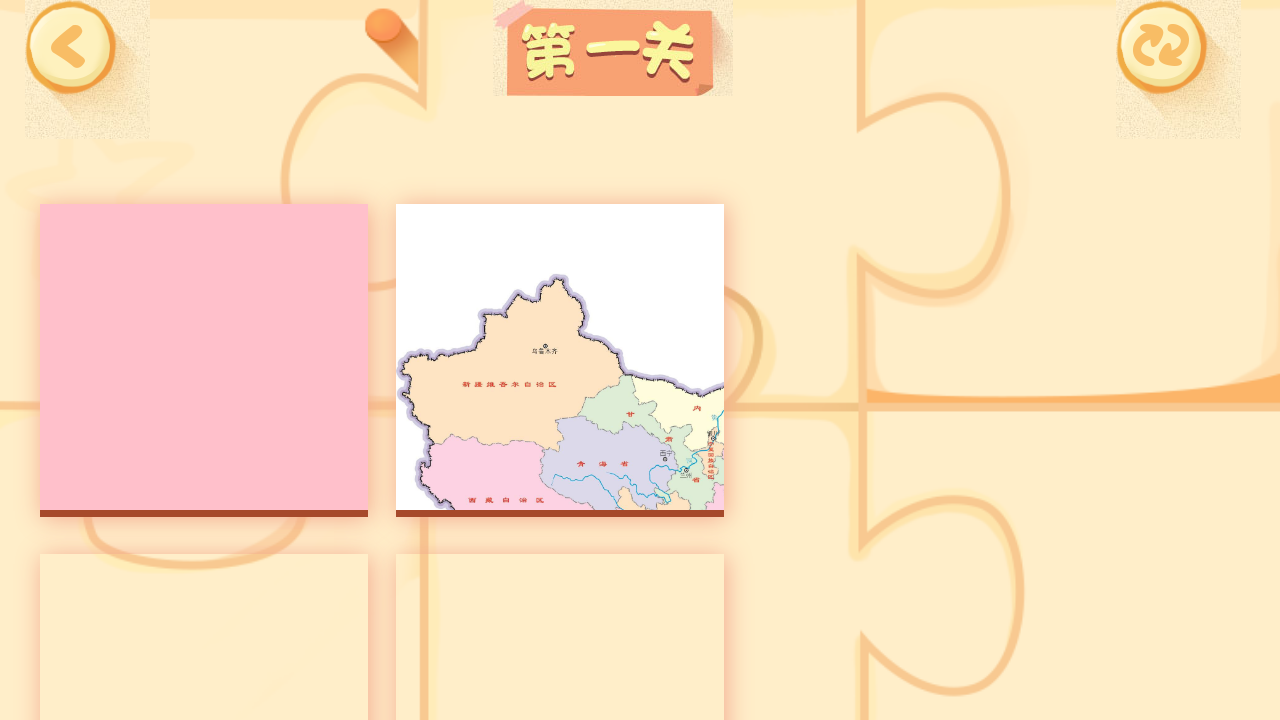
Repository: RedrockTeam/China-map-puzzle
Page: /#/choose/first
The author's editor kept a copy of each file at every save. The page is drawn from the files as they stood at one save, then again after the next save.
The browser window is 1280 px wide. The pictures show the whole page.
Some web fonts or font styles are not loaded; a fallback is used. The project was rebuilt for these pictures with package versions that can differ from the ones it lists, and the page was loaded fresh each time. Also part of the build but not shown: vue.config.js, src/network/request.js, src/views/home.vue, src/views/choose.vue, src/views/pass.vue, src/components/dialog.vue. Imported but missing from the stored project, and not drawn on this page: src/views/rankList1, src/views/rankList2, src/views/rankList3, src/views/rankList4.

Above is the page before, as saved 2019-09-24 19:30:48.

### public/index.html
<!DOCTYPE html>
<html lang="en">

<head>
  <meta charset="utf-8">
  <meta http-equiv="X-UA-Compatible" content="IE=edge">
  <meta name="viewport" content="width=device-width,initial-scale=1.0">
  <link rel="icon" href="<%= BASE_URL %>favicon.ico">
  <title>puzzle-game</title>
</head>

<body>
  <noscript>
    <strong>We're sorry but my doesn't work properly without JavaScript enabled. Please enable it to continue.</strong>
  </noscript>
  <div id="app"></div>
  <!-- built files will be auto injected -->


 </body>
</html>

### src/main.js
import Vue from 'vue'
import App from './App.vue'
import router from './router'
import store from './store'
// import ApiService from './common/service/api'

import './assets/styles/common.css'
import './assets/font/font.css'

// Vue.config.productionTip = false

// ApiService.init()

new Vue({
  router,
  store,
  render: h => h(App)
}).$mount('#app')

### src/App.vue
<template>
  <div>
    <router-view></router-view>
  </div>
</template>

<script>
export default {
  name: 'App',
  data() {
    return {};
  }
};
</script>
<style>
</style>

### src/router/index.js
import Vue from 'vue'
import Router from 'vue-router'
import Home from '../views/home.vue'
import Choose from '../views/choose.vue'
import Result from '../views/result.vue'
import Pass from '../views/pass.vue'
import Button from '../components/dialog.vue'
import First from '../views/first.vue'


Vue.use(Router)

export default new Router({
  routes: [{
    path: '/',
    redirect: '/home'
  },
  {
    path: '/home',
    name: 'home',
    component: Home,
  },
  {
    path: '/pass',
    name: 'pass',
    component: Pass,
  },
  {
    path: '/result',
    name: 'result',
    component: Result,
  },
  {
    path: '/button',
    name: 'button',
    component: Button,
  },
  {
    path: '/choose',
    name: 'choose',
    component: First,
    children: [{
      path: 'first',
      name: 'first',
      component: () => import('../views/first.vue'),
      children: [{
        path: 'rank',
        name: 'rankList1',
        component: () => import('../views/rankList1')
      }

      ]
    },
    {
      path: 'second',
      name: 'second',
      component: () => import('../views/second.vue'),
      children: [{
        path: 'rank',
        name: 'rankList2',
        component: () => import('../views/rankList2')
      }

      ]
    },
    {
      path: 'third',
      name: 'third',
      component: () => import('../views/third.vue'),
      children: [{
        path: 'rank',
        name: 'rankList3',
        component: () => import('../views/rankList3')
      }

      ]
    },
    {
      path: 'forth',
      name: 'forth',
      component: () => import('../views/forth.vue'),
      children: [{
        path: 'rank',
        name: 'rankList4',
        component: () => import('../views/rankList4')
      }

      ]
    }
    ]

  }
  ]


})

### src/store/index.js
import Vue from 'vue'
import Vuex from 'vuex'
import {
  isContext
} from 'vm';

Vue.use(Vuex)

export default new Vuex.Store({
  state: {
    time: {
      minute: 0,
      second: 0,
      millisecond: 0,
      timecount: '00:00:00',
    },
  },
  mutations: {
    //开始
    start() {
      var that = this;
      //停止（暂停）
      clearInterval(time);
      //时间重置
      that.setData({
        minute: 0,
        second: 0,
        millisecond: 0,
      })
      time = setInterval(function () {
        that.timer()
      }, 50);
      time = () => {
        that.timer()
      }
    },
    //停止
    stop() {
      var that = this
      clearInterval(intt);
      that.setData({
        minute: 0,
        second: 0,
        millisecond: 0,
        timecount: '00:00:00',
      })
    },
    timer() {
      var that = this;
      console.log(that.data.millisecond)
      that.setData({
        millisecond: that.data.millisecond + 5
      })
      if (that.data.millisecond >= 100) {
        that.setData({
          millisecond: 0,
          second: that.data.second + 1
        })
      }
      if (that.data.second >= 60) {
        that.setData({
          second: 0,
          minute: that.data.minute + 1
        })
      }
      that.setData({
        timecount: that.data.minute + ":" + that.data.second + ":" + that.data.millisecond
      })
    },
  },
  actions: {
    // time = setInterval(function () {
    //   context.commit('time')
    // }, 50)
  }
})

### src/assets/styles/common.css
/* global */
* {
    margin: 0;
    padding: 0;
}

html {
    overflow-y: scroll;
    overflow-x: hidden;

}

html,
body {
    width: 100%;
}

a {
    text-decoration: none;
    text-align: center;
    cursor: pointer;
    color: black;
    outline: none;
}

a:hover {
    text-decoration: underline;
}

ul,
ol {
    list-style: none;
}

.clear {
    clear: both;
}

### src/assets/font/font.css
@font-face {
    font-family: "Tanuki";
    font-weight: normal;
    font-style: normal;
    src: url('./Tanuki.ttf') format('truetype');
}

@font-face {
    font-family: "Cotton";
    font-weight: normal;
    font-style: normal;
    src: url('./cotton.ttf') format('truetype');
}

### src/views/result.vue
<template>
  <div class="bg">
    <div class="head">
      <div class="back"></div>
      <div class="title"></div>
      <div class="front"></div>
    </div>

    <div class="contain">
      <div class="score">
        <div>
          <p>
            <span class="clock"></span>
            <span class="word">我的时间：</span>
          </p>
          <p>
            <i class="grade"></i>
            <span class="word">我的成绩：</span>
          </p>
        </div>
      </div>
      <div class="list">
        <p class="list_item first">
          <span class="icon"></span>
          <span class="nickname">这是我的昵称</span>
          <span class="time">10s</span>
        </p>
        <p class="list_item second">
          <span class="icon"></span>
          <span class="nickname">这是我的昵称</span>
          <span class="time">10s</span>
        </p>
        <p class="list_item third">
          <span class="icon"></span>
          <span class="nickname">这是我的昵称</span>
          <span class="time">10s</span>
        </p>
        <p class="list_item">
          <span class="normal">4</span>
          <span class="nickname">这是我的昵称</span>
          <span class="time">10s</span>
        </p>
        <p class="list_item">
          <span class="normal">4</span>
          <span class="nickname">这是我的昵称</span>
          <span class="time">10s</span>
        </p>
      </div>
    </div>
    <div class="line"></div>
  </div>
</template>

<style>
.bg {
  position: absolute;
  top: 0;
  left: 0;
  height: 100%;
  width: 100%;
  background: url("../assets/img/pass/background.png");
  background-size: cover;
}
.head {
  display: flex;
  margin-top: 60px;
  margin-left: 50px;
}

.back {
  background: url("../assets/img/ranking/back.png");
  width: 93px;
  height: 97px;
  background-size: cover;
  margin-right: 120px;
}
.title {
  background: url("../assets/img/ranking/ranking_title.png") no-repeat;
  width: 260px;
  height: 200px;
  background-size: 100%;
  margin-left: -40px;
}
.front {
  background: url("../assets/img/ranking/front.png");
  width: 93px;
  height: 97px;
  background-size: cover;
  margin-left: 80px;
}

.contain {
  width: 650px;
  height: 850px;
  background: #ffae72;
  margin: -15px auto 0;
}

.score {
  width: 617px;
  height: 206px;
  background: url("../assets/img/ranking/result.png");
  background-size: cover;
  padding-top: 40px;
}
.score div {
  margin-top: 20px;
  margin-left: 20px;
}

.word {
  letter-spacing: 5px;
}

.score p {
  color: #ffae72;
  font-weight: bold;
  font-size: 35px;
  padding-top: 20px;
  margin: 0 auto;
  width: 250px;
  margin-left: 50px;
  margin-top: 10px;
}

.clock,
.grade {
  width: 29px;
  height: 29px;
  display: inline-block;
  margin-right: 10px;
}
.clock {
  background: url("../assets/img/ranking/clock.png") no-repeat;
  background-size: cover;
}
.grade {
  background: url("../assets/img/ranking/list.png") no-repeat;
  background-size: cover;
}
.list {
  height: 520px;
  overflow: auto;
  margin-top: 20px;
}
::-webkit-scrollbar {
  display: none;
}
.list_item {
  background: url("../assets/img/ranking/box.png");
  width: 580px;
  height: 125px;
  background-size: cover;
  margin-left: 50px;
  display: flex;
}
.icon {
  display: inline-block;
  width: 81px;
  height: 82px;
  margin: 15px 35px;
}
.first .icon {
  background: url("../assets/img/ranking/first.png");
  background-size: cover;
}
.second .icon {
  background: url("../assets/img/ranking/second.png");
  background-size: cover;
}
.third .icon {
  background: url("../assets/img/ranking/third.png");
  background-size: cover;
}
.nickname {
  color: #ffae72;
  font-size: 35px;
  font-weight: bold;
  display: inline-block;
  margin-top: 30px;
  font-family: Tanuki;
}
.time,
.normal {
  margin-left: auto;
  margin-right: 80px;
  font-weight: bold;
  display: inline-block;
  margin-top: 20px;
  color: #ff7b5c;
  font-size: 50px;
}

.line {
  width: 570px;
  height: 36px;
  background: url("../assets/img/ranking/line.png");
  background-size: cover;
  margin-left: 100px;
  margin-top: -50px;
}
</style>

<script>
export default {};
</script>

### src/views/first.vue
<template>
  <div class="game">
    <div class="header">
      <div class="back_shadow">
        <div class="back" @click="toHome"></div>
      </div>
      <div class="title">
        <img src="../assets/img/game/one.png" />
      </div>
      <div class="refresh_shadow">
        <div class="refresh"></div>
      </div>
    </div>
    <div class="main">
      <div class="first"></div>
      <div class="piece second"></div>
      <div class="piece third"></div>
      <div class="piece four"></div>
    </div>
    <div class="showpic_shadow">
      <div class="showpic" @click="showPic">长按可看3s原图</div>
    </div>
  </div>
</template>

<script>
// 因为图还没出来，先把first的内容写在这
export default {};
</script>
<style lang="scss" scoped>
.game {
  position: absolute;
  top: 0;
  left: 0;
  height: 100%;
  width: 100%;
  background: url("../assets/img/pass/background.png");
  background-size: cover;
  overflow: hidden;
  .header {
    width: 95%;
    height: 140px;
    margin: 0 auto 24px 25px;
    display: inline-flex;
    justify-content: space-between;
    .back_shadow {
      width: 125px;
      height: 139px;
      background-image: url("../assets/img/common/btn_sbg.jpg");
      background-repeat: no-repeat;
      background-position: 0% 0%;
      background-size: contain;
      .back {
        width: 92px;
        height: 95px;
        background-image: url("../assets/img/common/back.png");
        background-repeat: no-repeat;
        background-position: 0% 0%;
        background-size: contain;
      }
    }
    .title {
      width: 240px;
      height: 96px;
      background-image: url("../assets/img/game/title_bg.jpg");
      background-repeat: no-repeat;
      background-position: 0% 0%;
      background-size: contain;

      display: flex;
      justify-content: center;
      align-items: center;
      img {
        width: 54px;
        height: 17px;
      }
    }
    .refresh_shadow {
      width: 125px;
      height: 139px;
      background-image: url("../assets/img/common/btn_sbg.jpg");
      background-repeat: no-repeat;
      background-position: 0% 0%;
      background-size: contain;
      .refresh {
        width: 92px;
        height: 95px;
        background-image: url("../assets/img/common/refresh.png");
        background-repeat: no-repeat;
        background-position: 0% 0%;
        background-size: contain;
      }
    }
  }
  .main {
    width: 750px;
    height: 700px;

    padding: 26px;
    display: flex;
    flex-wrap: wrap;
    .piece {
      width: 328px;
      height: 306px;
      box-shadow: 2px 2px 24px #f3a98f;
      margin: 14px 14px 0 14px;
      border-bottom: 7px solid #a6492b;
    }
    .first {
      // background: url("../assets/img/button/map.jpg");
      width: 328px;
      height: 306px;
      box-shadow: 2px 2px 24px #f3a98f;
      margin: 14px 14px 0 14px;
      border-bottom: 7px solid #a6492b;
      background: pink;
      background-size: 100%;
      background-position: -200px;
    }

    .second {
      background-position-x: 328px;
      background: url("../assets/img/button/map.jpg");
      background-size: 200%;
    }
    .chosen {
      border-bottom: 7px solid #da8f43;
    }
  }
  .showpic_shadow {
    width: 560px;
    height: 173px;
    margin: 60px auto auto 154px;
    background-image: url("../assets/img/game/showpic_sbg.jpg");
    background-repeat: no-repeat;
    background-position: 0% 0%;
    background-size: contain;

    .showpic {
      width: 458px;
      height: 107px;
      background-image: url("../assets/img/game/showpic_bg.png");
      background-repeat: no-repeat;
      background-position: 0% 0%;
      background-size: contain;
      text-align: center;
      line-height: 107px;
      font-family: "Cotton";
      font-size: 50px;
      color: #fffcad;
    }
  }
}
</style>

After the next save:
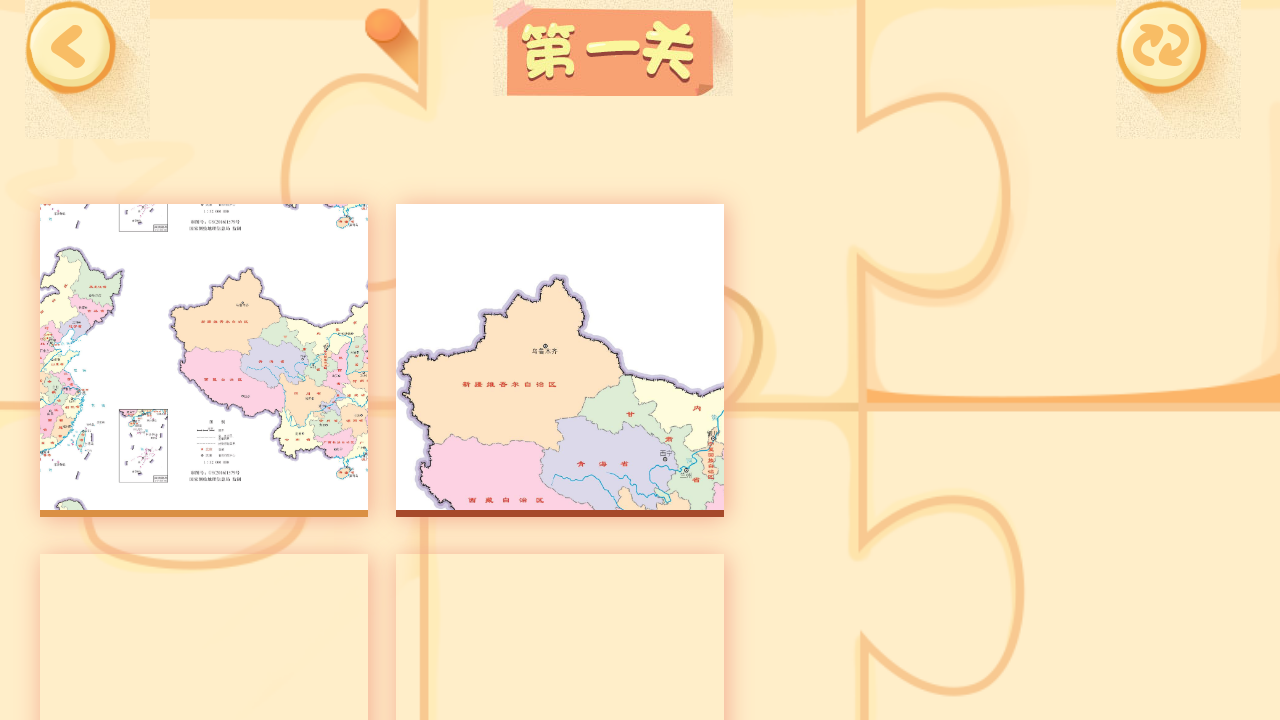
Saved 84 s later.
--- a/src/views/first.vue
+++ b/src/views/first.vue
@@ -12,7 +12,7 @@
       </div>
     </div>
     <div class="main">
-      <div class="first"></div>
+      <div class="piece chosen first"></div>
       <div class="piece second"></div>
       <div class="piece third"></div>
       <div class="piece four"></div>
@@ -107,13 +107,7 @@ export default {};
       border-bottom: 7px solid #a6492b;
     }
     .first {
-      // background: url("../assets/img/button/map.jpg");
-      width: 328px;
-      height: 306px;
-      box-shadow: 2px 2px 24px #f3a98f;
-      margin: 14px 14px 0 14px;
-      border-bottom: 7px solid #a6492b;
-      background: pink;
+      background: url("../assets/img/button/map.jpg");
       background-size: 100%;
       background-position: -200px;
     }
